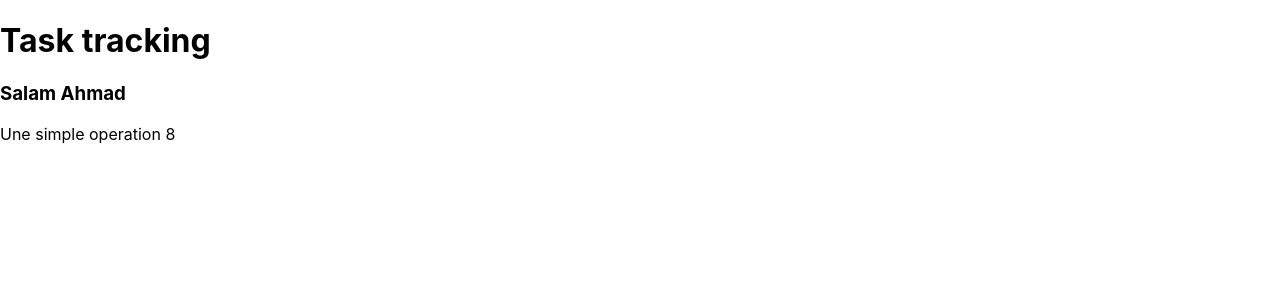
Repository: feyroozecode/task_tracker
Page: /
An editor plug-in stored every save of this project. The page is shown before and after the next save, followed by the edit.
The browser window is 1280 px wide. The pictures show the whole page.
The project was rebuilt for these pictures with package versions that can differ from the ones it lists, and the page was loaded fresh each time. Also part of the build but not shown: src/App.css.

Above is the page before, as saved 2023-10-19 12:19:22.

### public/index.html
<!DOCTYPE html>
<html lang="en">
  <head>
    <meta charset="utf-8" />
    <link rel="icon" href="%PUBLIC_URL%/favicon.ico" />
    <meta name="viewport" content="width=device-width, initial-scale=1" />
    <meta name="theme-color" content="#000000" />
    <meta
      name="description"
      content="Web site created using create-react-app"
    />
    <link rel="apple-touch-icon" href="%PUBLIC_URL%/logo192.png" />

    <link rel="manifest" href="%PUBLIC_URL%/manifest.json" />

    <title>React App</title>
  </head>
  <body>
    <noscript>You need to enable JavaScript to run this app.</noscript>

    <div id="root"></div>

  </body>
</html>

### src/App.js
import './App.css';

function App() {
  const userName = 'Ahmad'

  return (
    <div className="container">
      <h1>Task tracking </h1>
      <h3>Salam {userName} </h3>

      <p>Une simple operation {4+4} </p>
    </div>
  );
}

export default App;

Loaded but not shown: src/index.js (common file); src/index.css (common file)

After the next save:
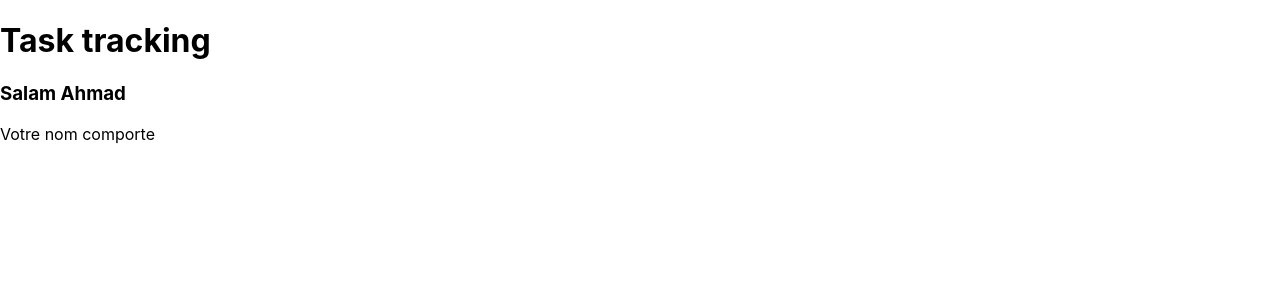
Saved 27 s later.
--- a/src/App.js
+++ b/src/App.js
@@ -8,7 +8,7 @@ function App() {
       <h1>Task tracking </h1>
       <h3>Salam {userName} </h3>
 
-      <p>Une simple operation {4+4} </p>
+      <p>Votre nom comporte  {} </p>
     </div>
   );
 }
